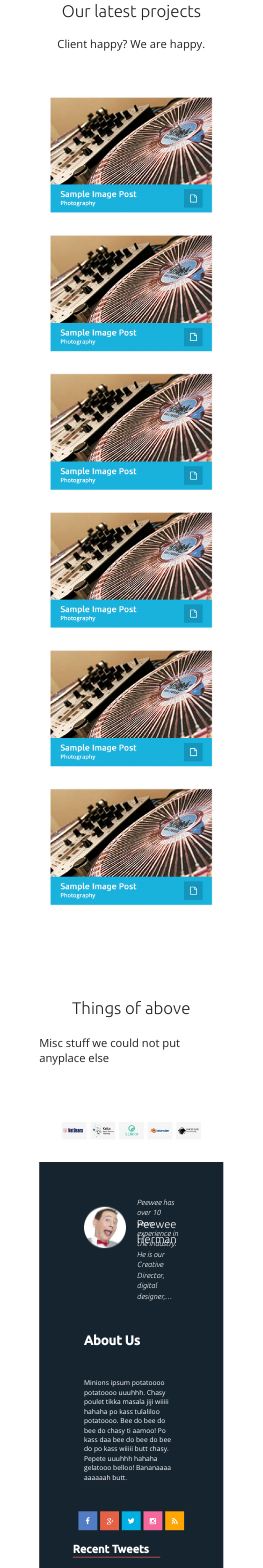
Repository: lpcmendoza/LAB02BF_Group9
Page: index.html
An editor plug-in stored every save of this project. The page is shown before and after the next save, followed by the edit.
The browser window is 375 px wide. The pictures show the part of the page from y = 4260 to 6500 px (the page is 7735 px tall before and 7568 px after), at 70% of full size.

Above is the page before, as saved 2024-02-12 18:43:07.

After the next save:
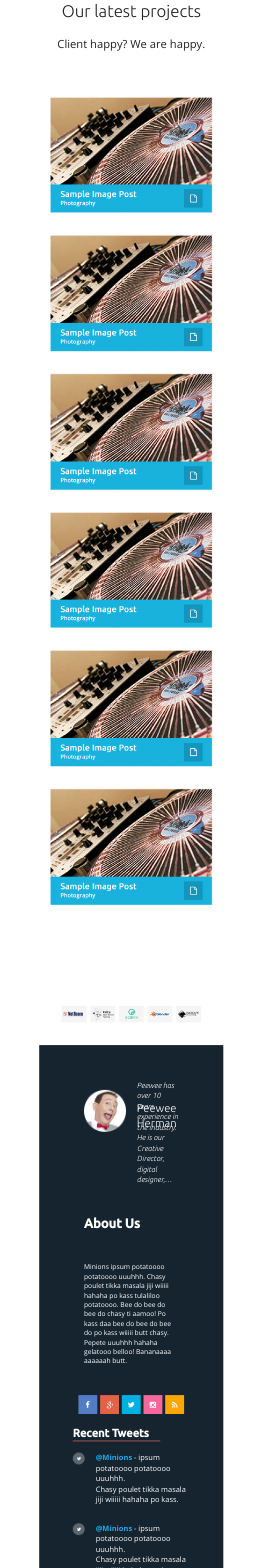
Saved 43 s later.
--- a/css/style.css
+++ b/css/style.css
@@ -340,6 +340,9 @@
 .accordion-body {
   display: none;
 }
+.things-above-header {
+  display: none;
+}
 
 }
 
